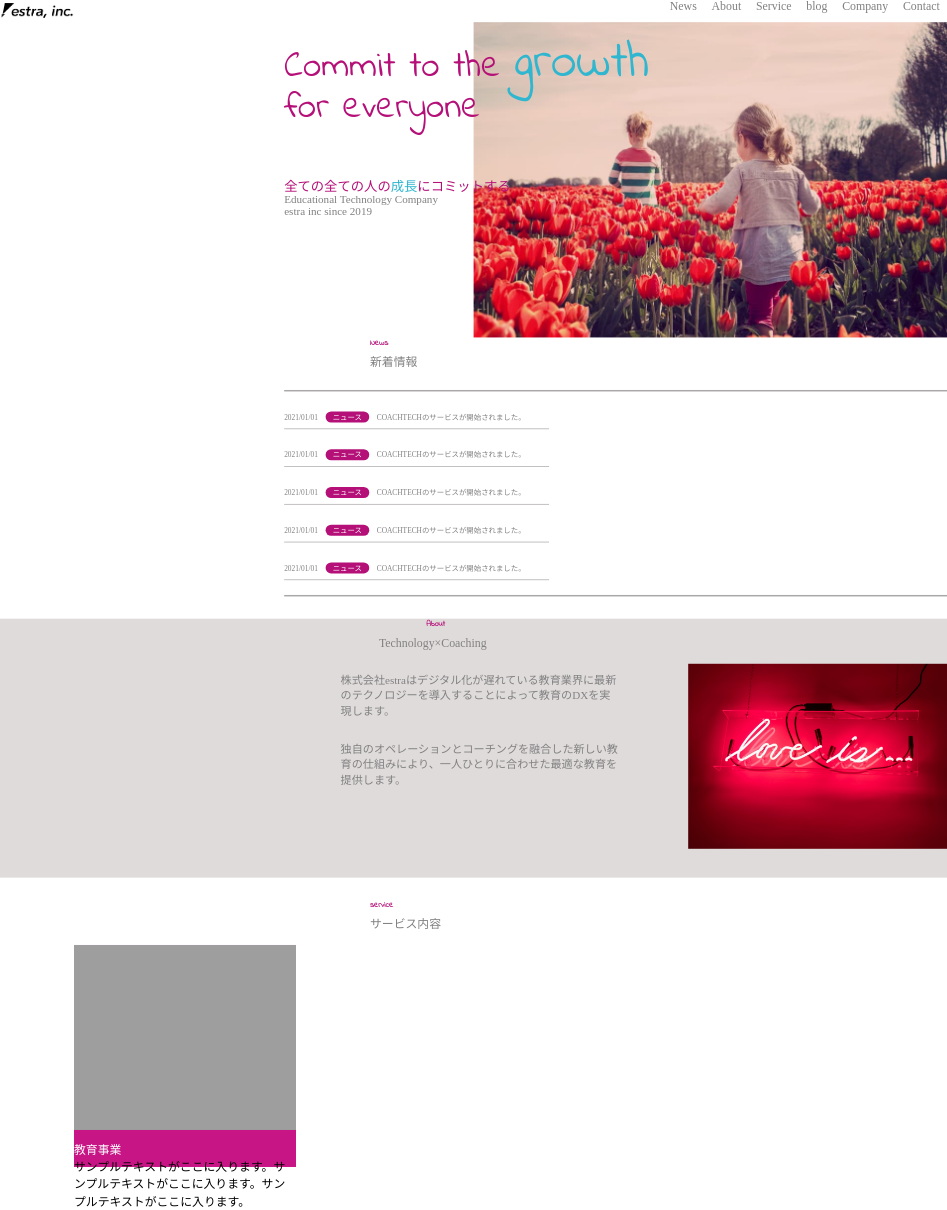
Repository: sigemasaasuka/20210902
Page: index.html
An editor plug-in stored every save of this project. The page is shown before and after a run of saves, followed by the edit.
The browser window is 1280 px wide. The pictures show the whole page, at 74% of full size.
Pictures or frames that could not be fetched are drawn as grey boxes.

Above is the page before, as saved 2021-09-25 21:02:45.

After the next 11 saves:
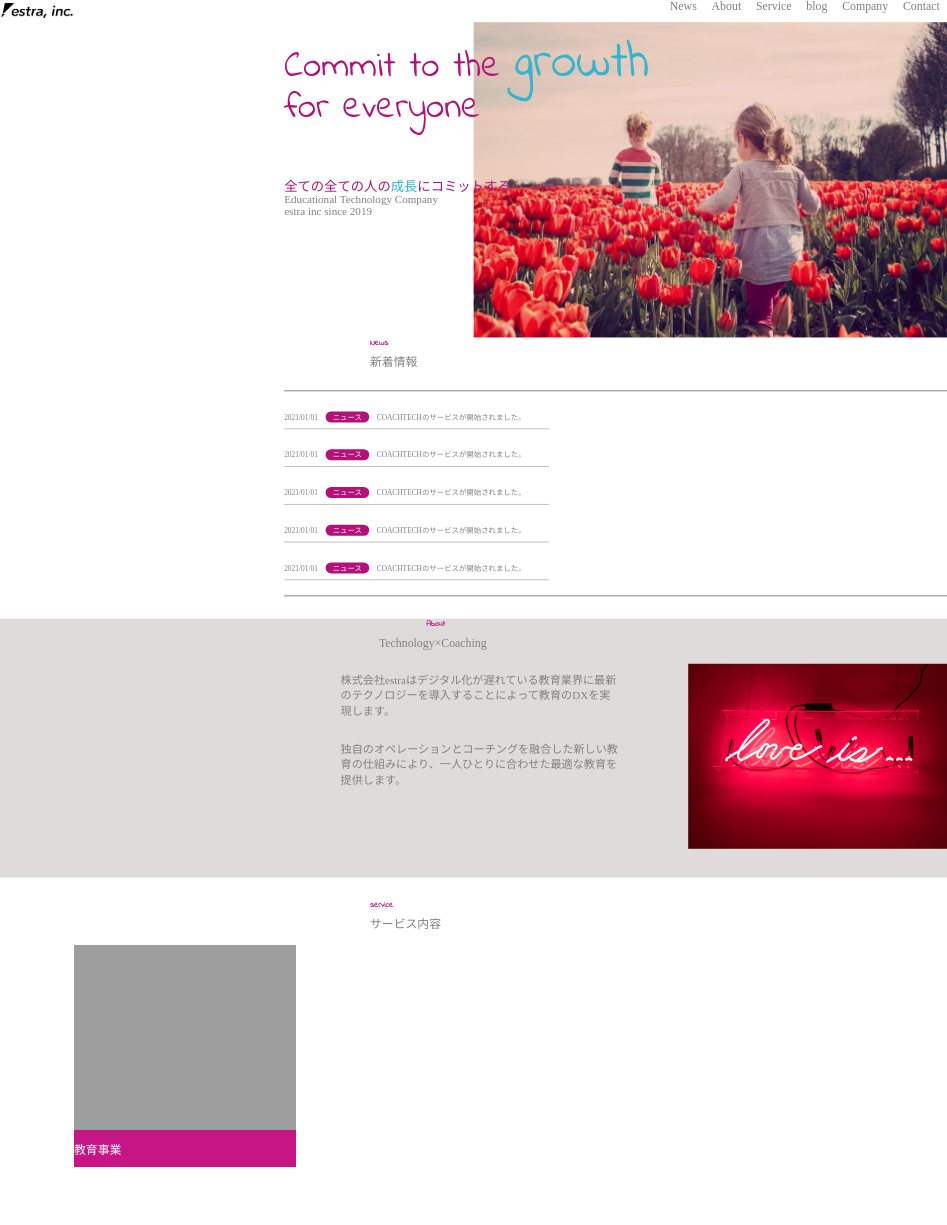
The 11 saves are shown as one change because they came seconds apart.
The last was saved 26 s later.
--- a/css/style.css
+++ b/css/style.css
@@ -184,5 +184,6 @@
 }
 
 .explain{
-
+  margin-top: 20px;
+  color: #fff;
 }
